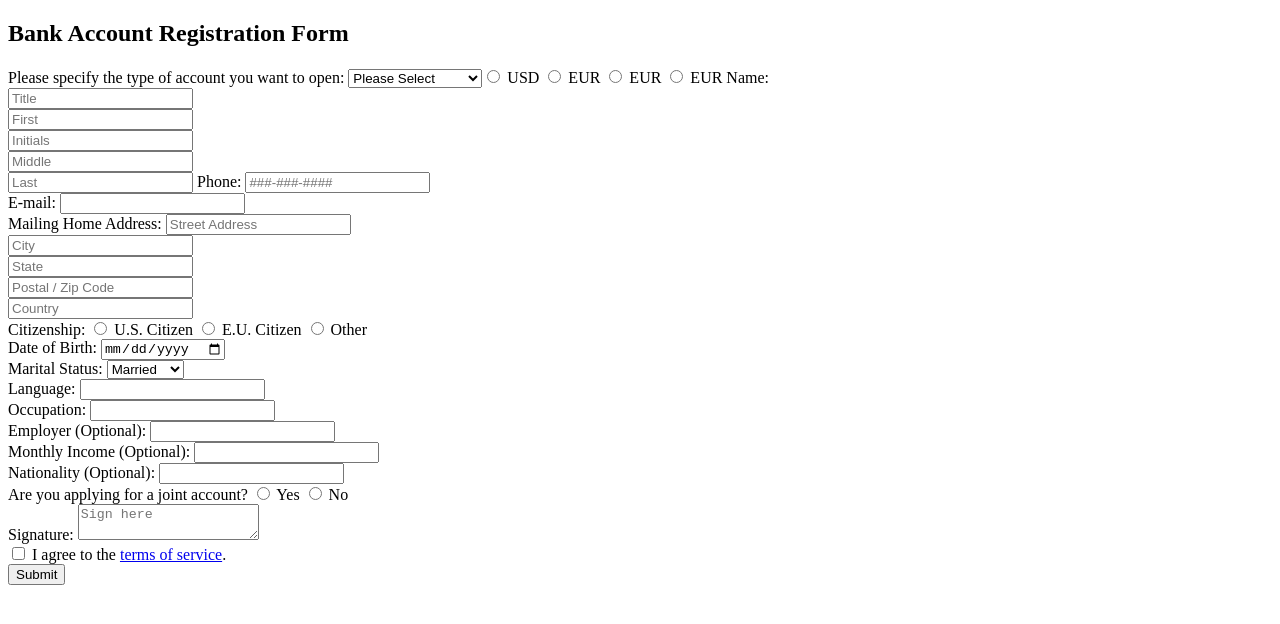
Repository: hizeetech/First-Assignment
Page: sign_up.html
An editor plug-in stored every save of this project. The page is shown before and after the next save, followed by the edit.
The browser window is 1280 px wide. The pictures show the whole page.

Above is the page before, as saved 2024-11-09 01:55:19.

### sign_up.html
<!DOCTYPE html>
<html lang="en">
<head>
    <meta charset="UTF-8">
    <meta name="viewport" content="width=device-width, initial-scale=1.0">
    <title>Bank Account Registration Form</title>

</head>
<body>

    <h2>Bank Account Registration Form</h2>
    <form action="#" method="post">

            <label for="account-type">Please specify the type of account you want to open:</label>
            <select id="account-type" name="account_type" required>
                <option value="">Please Select</option>
                <option value="savings">Savings Account</option>
                <option value="current">Current Account</option>
                <option value="corporate">Corporate Account</option>


            <label>Currency:</label>
            <label><input type="radio" name="currency" value="NGN" required> USD</label>
            <label><input type="radio" name="currency" value="USD"> EUR</label>
            <label><input type="radio" name="currency" value="EUR"> EUR</label>
            <label><input type="radio" name="currency" value="POUNDS"> EUR</label>


            <label for="title">Name:</label>
            <div class="inline"><input type="text" id="title" name="title" placeholder="Title"></div>
            <div class="inline"><input type="text" name="first_name" placeholder="First" required></div>
            <div class="inline"><input type="text" name="initials" placeholder="Initials"></div>
            <div class="inline"><input type="text" name="middle_name" placeholder="Middle"></div>
            <input type="text" name="last_name" placeholder="Last" required>


            <label for="phone">Phone:</label>
            <input type="tel" id="phone" name="phone" placeholder="###-###-####" required>

        <div class="form-group">
            <label for="email">E-mail:</label>
            <input type="email" id="email" name="email" required>
        </div>

        <!-- Address -->
        <div class="form-group">
            <label for="address">Mailing Home Address:</label>
            <input type="text" id="address" name="address" placeholder="Street Address" required>
            <div class="inline"><input type="text" name="city" placeholder="City" required></div>
            <div class="inline"><input type="text" name="state" placeholder="State" required></div>
            <div class="inline"><input type="text" name="postal_code" placeholder="Postal / Zip Code" required></div>
            <input type="text" name="country" placeholder="Country" required>
        </div>

        <!-- Citizenship -->
        <div class="form-group citizenship">
            <label>Citizenship:</label>
            <label><input type="radio" name="citizenship" value="US" required> U.S. Citizen</label>
            <label><input type="radio" name="citizenship" value="EU"> E.U. Citizen</label>
            <label><input type="radio" name="citizenship" value="other"> Other</label>
        </div>

        <!-- Date of Birth and Marital Status -->
        <div class="form-group">
            <label for="dob">Date of Birth:</label>
            <input type="date" id="dob" name="dob" required>
        </div>
        <div class="form-group">
            <label for="marital-status">Marital Status:</label>
            <select id="marital-status" name="marital_status" required>
                <option value="married">Married</option>
                <option value="single">Single</option>
                <option value="divorced">Divorced</option>
                <option value="widowed">Widowed</option>
            </select>
        </div>

        <!-- Language, Occupation, Employer, and Monthly Income -->
        <div class="form-group">
            <label for="language">Language:</label>
            <input type="text" id="language" name="language" required>
        </div>
        <div class="form-group">
            <label for="occupation">Occupation:</label>
            <input type="text" id="occupation" name="occupation" required>
        </div>
        <div class="form-group">
            <label for="employer">Employer (Optional):</label>
            <input type="text" id="employer" name="employer">
        </div>
        <div class="form-group">
            <label for="income">Monthly Income (Optional):</label>
            <input type="text" id="income" name="monthly_income">
        </div>

        <!-- Nationality and Joint Account -->
        <div class="form-group">
            <label for="nationality">Nationality (Optional):</label>
            <input type="text" id="nationality" name="nationality">
        </div>
        <div class="form-group joint-account">
            <label>Are you applying for a joint account?</label>
            <label><input type="radio" name="joint_account" value="yes"> Yes</label>
            <label><input type="radio" name="joint_account" value="no"> No</label>
        </div>

        <!-- Signature and Terms -->
        <div class="form-group">
            <label for="signature">Signature:</label>
            <textarea id="signature" name="signature" placeholder="Sign here" rows="2" required></textarea>
        </div>
        <div class="form-group terms">
            <input type="checkbox" id="terms" name="terms" required>
            <label for="terms">I agree to the <a href="#">terms of service</a>.</label>
        </div>

        <!-- Submit Button -->
        <button type="submit" class="submit-btn">Submit</button>
    </form>
</div>

</body>
</html>

After the next save:
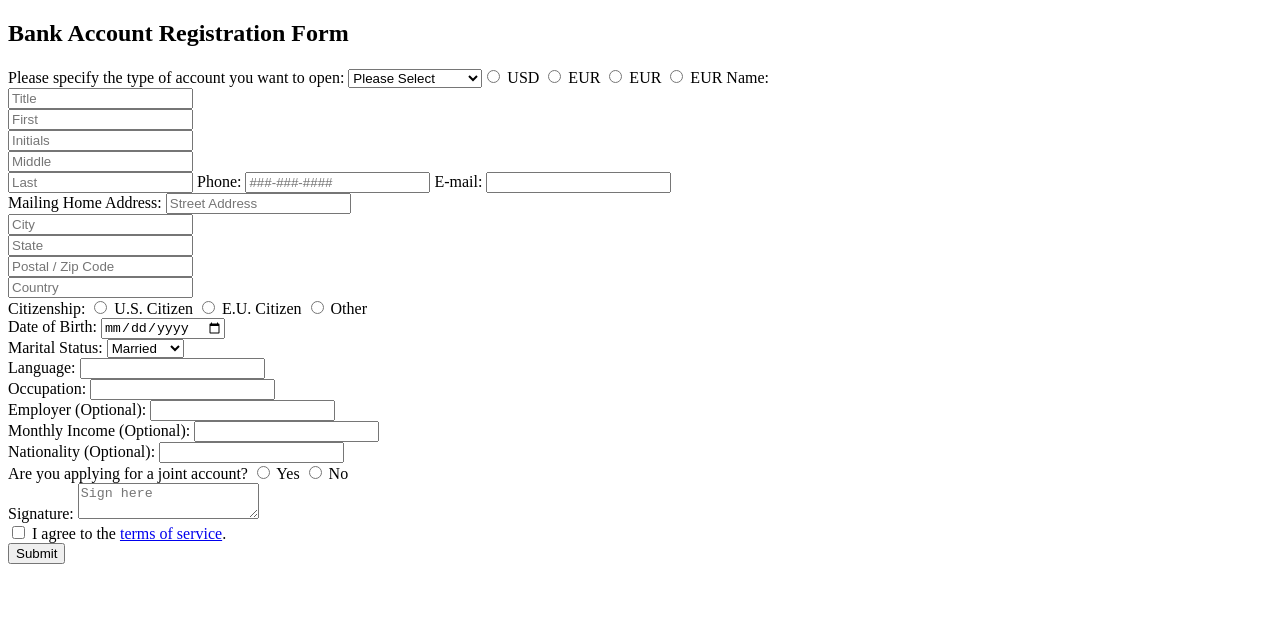
Saved 5 s later.
--- a/sign_up.html
+++ b/sign_up.html
@@ -37,7 +37,7 @@
             <label for="phone">Phone:</label>
             <input type="tel" id="phone" name="phone" placeholder="###-###-####" required>
 
-        <div class="form-group">
+
             <label for="email">E-mail:</label>
             <input type="email" id="email" name="email" required>
         </div>
